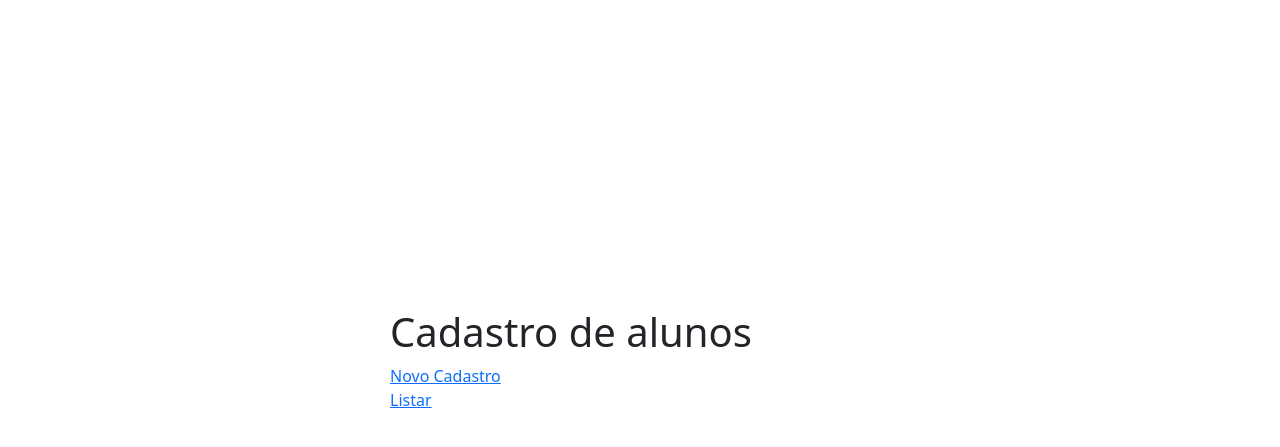
Repository: juliatbarbosa/CRUD-ALUNOS
Page: http://localhost/OlaMundo/alunos/cadastro/index.jsp
An editor plug-in stored every save of this project. The page is shown before and after a run of saves, followed by the edit.
The browser window is 1280 px wide. The pictures show the whole page.
The page is served by Tomcat 9. Other server files are loaded and not shown.

Above is the page before, as saved 2024-09-29 21:06:48.

### OlaMundo/src/main/webapp/alunos/cadastro/index.jsp
<%@page import="org.alunos.AlunoDAO"%>
<%@ page language="java" contentType="text/html; charset=ISO-8859-1"
    pageEncoding="ISO-8859-1"%>
<!DOCTYPE html>
<html>
<head>
<meta charset="ISO-8859-1">
<title>Página inicial</title>

<link href="https://cdn.jsdelivr.net/npm/bootstrap@5.3.3/dist/css/bootstrap.min.css" rel="stylesheet" integrity="sha384-QWTKZyjpPEjISv5WaRU9OFeRpok6YctnYmDr5pNlyT2bRjXh0JMhjY6hW+ALEwIH" crossorigin="anonymous">
<link href="https://cdn.jsdelivr.net/npm/bootstrap-icons/font/bootstrap-icons.css" rel="stylesheet">

<style>
body {
		display: flex;
		justify-content: center;
		align-items: center;
		height: 100vh;

	}
	.conteudoTela {
		width: 500px;
		he



	}
</style>
</head>
<body>

	<div class="conteudoTela">

	<h1>Cadastro de alunos</h1>
	<a href="formulario.jsp?id=0">Novo Cadastro</a>
	<br/>
	<a href="listar.jsp">Listar</a>

	</div>

	<%


	//AlunoDAO dao = new AlunoDAO();
	//dao.criarTabela();
	%>

	<script src="https://cdn.jsdelivr.net/npm/bootstrap@5.3.3/dist/js/bootstrap.bundle.min.js" integrity="sha384-YvpcrYf0tY3lHB60NNkmXc5s9fDVZLESaAA55NDzOxhy9GkcIdslK1eN7N6jIeHz" crossorigin="anonymous"></script>
</body>
</html>

After the next 3 saves:
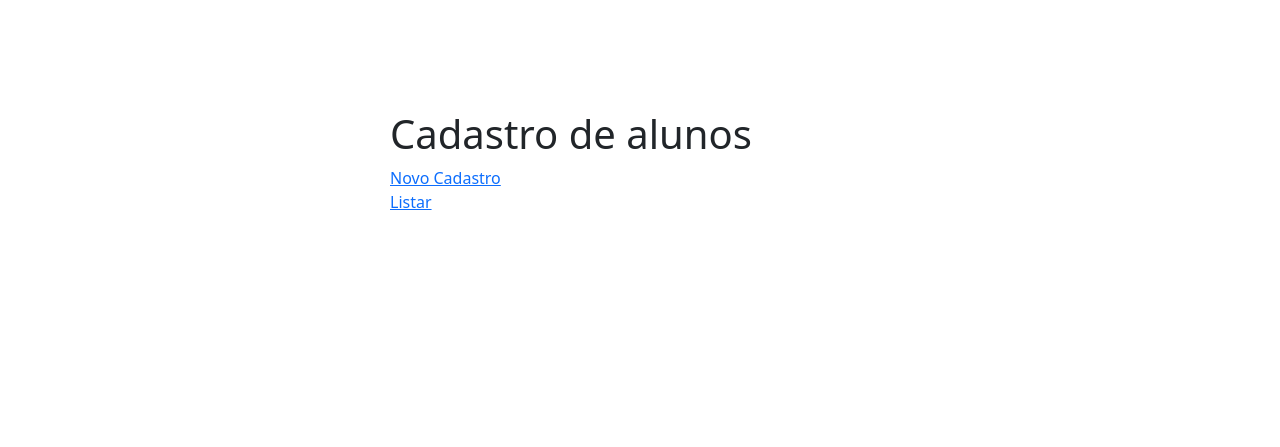
The 3 saves are shown as one change because they came seconds apart.
The last was saved 9 s later.
--- a/OlaMundo/src/main/webapp/alunos/cadastro/index.jsp
+++ b/OlaMundo/src/main/webapp/alunos/cadastro/index.jsp
@@ -20,7 +20,7 @@ body {
 	}
 	.conteudoTela {
 		width: 500px;
-		he
+		height: 500px;
 
 
 
